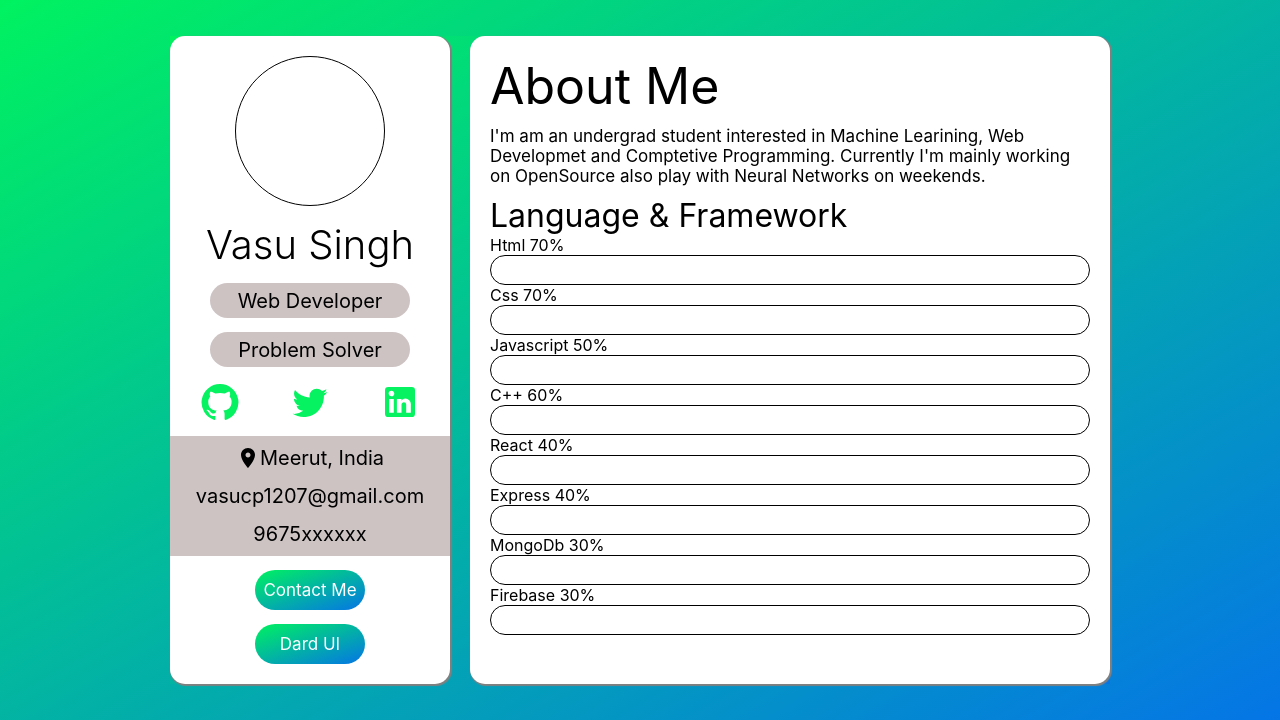
Repository: vasucp1207/grid-port
Page: /about
These files come from the project's save history. The page is drawn as it stood at one moment and after the next save; the edit follows.
The browser window is 1280 px wide. The pictures show the whole page.
Some web fonts or font styles are not loaded; a fallback is used. The project was rebuilt for these pictures with package versions that can differ from the ones it lists, and the page was loaded fresh each time. Also part of the build but not shown: src/pages/Home.js, src/pages/Projects.js.

Above is the page before, as saved 2022-08-16 23:53:43.

### public/index.html
<!DOCTYPE html>
<html lang="en">
  <head>
    <meta charset="utf-8" />
    <link rel="icon" href="%PUBLIC_URL%/favicon.ico" />
    <meta name="viewport" content="width=device-width, initial-scale=1" />
    <meta name="theme-color" content="#000000" />
    <meta
      name="description"
      content="Web site created using create-react-app"
    />
    <link rel="apple-touch-icon" href="%PUBLIC_URL%/logo192.png" />
    <!--
      manifest.json provides metadata used when your web app is installed on a
      user's mobile device or desktop. See https://developers.google.com/web/fundamentals/web-app-manifest/
    -->
    <link rel="manifest" href="%PUBLIC_URL%/manifest.json" />
    <link rel="preconnect" href="https://fonts.googleapis.com">
<link rel="preconnect" href="https://fonts.gstatic.com" crossorigin>
<link href="https://fonts.googleapis.com/css2?family=Kantumruy+Pro:wght@200;300&family=Open+Sans:ital,wght@0,300;0,600;0,700;1,800&family=Poppins:wght@400;600&family=Raleway:wght@300&family=Roboto+Flex:opsz,wght@8..144,300;8..144,400;8..144,500&display=swap" rel="stylesheet">
    <!--
      Notice the use of %PUBLIC_URL% in the tags above.
      It will be replaced with the URL of the `public` folder during the build.
      Only files inside the `public` folder can be referenced from the HTML.

      Unlike "/favicon.ico" or "favicon.ico", "%PUBLIC_URL%/favicon.ico" will
      work correctly both with client-side routing and a non-root public URL.
      Learn how to configure a non-root public URL by running `npm run build`.
    -->
    <title>React App</title>
  </head>
  <body>
    <noscript>You need to enable JavaScript to run this app.</noscript>
    <div id="root"></div>
    <!--
      This HTML file is a template.
      If you open it directly in the browser, you will see an empty page.

      You can add webfonts, meta tags, or analytics to this file.
      The build step will place the bundled scripts into the <body> tag.

      To begin the development, run `npm start` or `yarn start`.
      To create a production bundle, use `npm run build` or `yarn build`.
    -->
  </body>
</html>

### src/index.css
body {
  margin: 0;
  font-family: -apple-system, BlinkMacSystemFont, 'Segoe UI', 'Roboto', 'Oxygen',
    'Ubuntu', 'Cantarell', 'Fira Sans', 'Droid Sans', 'Helvetica Neue',
    sans-serif;
  -webkit-font-smoothing: antialiased;
  -moz-osx-font-smoothing: grayscale;

  --gray: rgb(205, 195, 195);
  background-image: linear-gradient(to right bottom,#00f260,#0575e6);
}

::selection{
  background: rgb(71, 219, 106);
}

### src/App.js
import './App.css';
import { Link, Route, Routes } from 'react-router-dom';
import AboutMe from './pages/AboutMe';
import Home from './pages/Home';
import Projects from './pages/Projects';

function App() {
  return (
    <div>
      <Routes>
        <Route exact path="/" element={<Home />} />
        <Route exact path="/about" element={<AboutMe />} />
        <Route exact path="/projects" element={<Projects />} />
      </Routes>
    </div>
  );
}

export default App;

### src/App.css
:root {
  --d: 700ms;
  --e: cubic-bezier(0.19, 1, 0.22, 1);
  --font-sans: "Rubik", sans-serif;
  --font-serif: "Cardo", serif;
  font-family: Poppins;
}

* {
  box-sizing: border-box;
  padding: 0;
  margin: 0;
}

html, body {
  height: 100vh;
  width: 100vw;
}

body {
  display: grid;
  place-items: center;
}

.page-content {
  display: grid;
  width: 100vw;
  height: 100vh;
  margin: 0 auto;
}
@media (min-width: 600px) {
  .page-content {
    grid-template-columns: repeat(2, 1fr);
  }
}
@media (min-width: 800px) {
  .page-content {
    grid-template-columns: repeat(2, 1fr);
  }
}

.card {
  position: relative;
  display: flex;
  align-items: flex-end;
  overflow: hidden;
  padding: 1rem;
  width: 100%;
  text-align: center;
  color: whitesmoke;
  background-color: whitesmoke;
  box-shadow: 0 1px 1px rgba(0, 0, 0, 0.1), 0 2px 2px rgba(0, 0, 0, 0.1), 0 4px 4px rgba(0, 0, 0, 0.1), 0 8px 8px rgba(0, 0, 0, 0.1), 0 16px 16px rgba(0, 0, 0, 0.1);
}
@media (min-width: 600px) {
  .card {
    height: 100vh;
  }
}
.card:before {
  content: "";
  position: absolute;
  top: 0;
  left: 0;
  width: 100%;
  height: 110%;
  background-size: cover;
  background-position: 0 0;
  transition: transform calc(var(--d) * 1.5) var(--e);
  pointer-events: none;
}
.card:after {
  content: "";
  display: block;
  position: absolute;
  top: 0;
  left: 0;
  width: 100%;
  height: 200%;
  pointer-events: none;
  background-image: linear-gradient(to bottom, rgba(0, 0, 0, 0) 0%, rgba(0, 0, 0, 0.009) 11.7%, rgba(0, 0, 0, 0.034) 22.1%, rgba(0, 0, 0, 0.072) 31.2%, rgba(0, 0, 0, 0.123) 39.4%, rgba(0, 0, 0, 0.182) 46.6%, rgba(0, 0, 0, 0.249) 53.1%, rgba(0, 0, 0, 0.32) 58.9%, rgba(0, 0, 0, 0.394) 64.3%, rgba(0, 0, 0, 0.468) 69.3%, rgba(0, 0, 0, 0.54) 74.1%, rgba(0, 0, 0, 0.607) 78.8%, rgba(0, 0, 0, 0.668) 83.6%, rgba(0, 0, 0, 0.721) 88.7%, rgba(0, 0, 0, 0.762) 94.1%, rgba(0, 0, 0, 0.79) 100%);
  transform: translateY(-50%);
  transition: transform calc(var(--d) * 2) var(--e);
}
.card:nth-child(1):before {
  background-image: url(https://images.unsplash.com/photo-1493612276216-ee3925520721?ixlib=rb-1.2.1&ixid=MnwxMjA3fDB8MHxwaG90by1wYWdlfHx8fGVufDB8fHx8&auto=format&fit=crop&w=2864&q=80);
}
.card:nth-child(2):before {
  background-image: url(https://images.unsplash.com/photo-1492551557933-34265f7af79e?ixlib=rb-1.2.1&ixid=MnwxMjA3fDB8MHxwaG90by1wYWdlfHx8fGVufDB8fHx8&auto=format&fit=crop&w=1740&q=80);
}
.card:nth-child(3):before {
  background-image: url(https://images.unsplash.com/photo-1545243424-0ce743321e11?ixlib=rb-1.2.1&q=80&fm=jpg&crop=entropy&cs=tinysrgb&w=400&fit=max&ixid=eyJhcHBfaWQiOjE0NTg5fQ);
}
.card:nth-child(4):before {
  background-image: url(https://images.unsplash.com/photo-1531306728370-e2ebd9d7bb99?ixlib=rb-1.2.1&q=80&fm=jpg&crop=entropy&cs=tinysrgb&w=400&fit=max&ixid=eyJhcHBfaWQiOjE0NTg5fQ);
}

.content {
  position: relative;
  display: flex;
  flex-direction: column;
  align-items: center;
  width: 100%;
  padding: 1rem;
  transition: transform var(--d) var(--e);
  z-index: 1;
}
.content > * + * {
  margin-top: 1rem;
}

.title {
  font-size: 50px;
}

.copy {
  font-size: 30px;
}

.btn {
  cursor: pointer;
  margin-top: 1.5rem;
  padding: 0.75rem 1.5rem;
  font-size: 20px;
  letter-spacing: 0.025rem;
  text-transform: uppercase;
  color: white;
  background-color: black;
  border: none;
}
.btn:hover {
  background-color: white;
  color: black;
  transition: 0.3;
  border-radius: 7px;
}
.btn:focus {
  outline: 1px dashed yellow;
  outline-offset: 3px;
}

@media (hover: hover) and (min-width: 600px) {
  .card:after {
    transform: translateY(0);
  }

  .content {
    transform: translateY(calc(100% - 4.5rem));
  }
  .content > *:not(.title) {
    opacity: 0;
    transform: translateY(1rem);
    transition: transform var(--d) var(--e), opacity var(--d) var(--e);
  }

  .card:hover,
.card:focus-within {
    align-items: center;
  }
  .card:hover:before,
.card:focus-within:before {
    transform: translateY(-4%);
  }
  .card:hover:after,
.card:focus-within:after {
    transform: translateY(-50%);
  }
  .card:hover .content,
.card:focus-within .content {
    transform: translateY(0);
  }
  .card:hover .content > *:not(.title),
.card:focus-within .content > *:not(.title) {
    opacity: 1;
    transform: translateY(0);
    transition-delay: calc(var(--d) / 8);
  }

  .card:focus-within:before, .card:focus-within:after,
.card:focus-within .content,
.card:focus-within .content > *:not(.title) {
    transition-duration: 0s;
  }
}

### src/pages/AboutMe.js
import React from 'react'
import { motion } from 'framer-motion'
import styled, { StyledComponent } from 'styled-components'
import GitHubIcon from '@mui/icons-material/GitHub';
import TwitterIcon from '@mui/icons-material/Twitter';
import LinkedInIcon from '@mui/icons-material/LinkedIn';
import LocationOnIcon from '@mui/icons-material/LocationOn';
import ProgressBar from '../components/ProgressBar';

function AboutMe() {

    const pageVarients = {
        initial: {
            opacity: 0
        },
        in: {
            opacity: 1
        },
        out: {
            opacity: 0
        }
    }

    return (
        <motion.div
            initial='initial'
            animate='in'
            exit='out'
            variants={pageVarients}
            transition={{ delay: 0.5, type: 'spring' }}
        >

            <Container>
                <Comp>
                    <Left>
                        <div class='avatar'></div>
                        <h1 class='name'>Vasu Singh</h1>
                        <div class='sim-btn'>Web Developer</div>
                        <div class='sim-btn'>Problem Solver</div>
                        <div class='icon-cont'>
                            <GitHubIcon className='icons' />
                            <TwitterIcon className='icons' />
                            <LinkedInIcon className='icons' />
                        </div>
                        <div class='address'>
                            <p class='city'><LocationOnIcon /> Meerut, India</p>
                            <p>vasucp1207@gmail.com</p>
                            <p>9675xxxxxx</p>
                        </div>
                        <div class='gb-btn'>Contact Me</div>
                        <div class='gb-btn'>Dard UI</div>
                    </Left>
                    <Right>
                        <h1 class='title'>About Me</h1>
                        <p class='des'>I'm am an undergrad student interested in Machine Learining, Web Developmet and Comptetive Programming. Currently I'm mainly working on OpenSource also play with Neural Networks on weekends.</p>
                        <h1 class='skills'>Language & Framework</h1>

                        <ProgressBar lang='Html' per='70%'/>
                        <ProgressBar lang='Css' per='70%'/>
                        <ProgressBar lang='Javascript' per='50%'/>
                        <ProgressBar lang='C++' per='60%'/>
                        <ProgressBar lang='React' per='40%'/>
                        <ProgressBar lang='Express' per='40%'/>
                        <ProgressBar lang='MongoDb' per='30%'/>
                        <ProgressBar lang='Firebase' per='30%'/>

                    </Right>
                </Comp>

            </Container>
        </motion.div>
    )
}

export default AboutMe

const Container = styled.div`
    background: white;
`

const Comp = styled.div`
    display: flex;
    gap: 20px;
    background-image: linear-gradient(to right bottom,#00f260,#0575e6);
`

const Left = styled.div`
    height: 90vh;
    width: 280px;
    box-shadow: 1px 1px 1px 1px gray;
    display: flex;
    justify-content: space-between;
    align-items: center;
    flex-direction: column;
    padding-bottom: 20px;
    background: white;
    border-radius: 15px;

    .avatar{
        margin-top: 20px;
        height: 150px;
        border: 1px solid black;
        width: 150px;
        border-radius: 50%;
    }

    .name{
        font-size: 40px;
        font-weight: 300;
    }

    .sim-btn{
        font-size: 20px;
        background: rgb(205, 195, 195);;
        width: 200px;
        height: 35px;
        border-radius: 9999px;
        display: flex;
        justify-content: center;
        align-items: center;
    }

    .icon-cont{
        width: 280px;
        padding-left: 30px;
        padding-right: 30px;
        display: flex;
        justify-content: space-between;
        align-items: center;
    }

    .icons{
        height: 40px;
        width: 40px;
        color: #07f260;
        cursor: pointer;

        :hover{
            color: black;
        }
    }

    .address{
        background: rgb(205, 195, 195);;
        font-size: 20px;
        display: flex;
        flex-direction: column;
        align-items: center;
        justify-content: space-between;
        width: 280px;
        height: 120px;
        padding: 10px;
    }

    .gb-btn{
        width: 110px;
        border-radius: 9999px;
        background-image: linear-gradient(to right bottom,#00f260,#0575e6);
        color: white;
        font-size: 17px;
        height: 40px;
        display: flex;
        justify-content: center;
        align-items: center;
        cursor: pointer;
    }

    .city{
        display: flex;
        justify-content: center;
        align-items: center;
    }
`

const Right = styled.div`
    height: 90vh;
    width: 50vw;
    box-shadow: 1px 1px 1px 1px gray;
    background: white;
    border-radius: 15px;
    padding: 20px;

    .title{
        font-weight: 400;
        margin-bottom: 10px;
    }

    .des{
        font-size: 17px;
        margin-bottom: 10px;
    }

    .skills{
        font-weight: 400;
    }
`

### src/components/ProgressBar.js
import React from 'react'
import styled from 'styled-components'

function ProgressBar({lang, per}) {
    return (
        <Contanier>
            <div class='detail'>
                <div class='lang'><span>{lang} </span><span>{per}</span></div>
                <div class='c-bar'>
                    <div class='c-fill' per={per}></div>
                </div>
            </div>
        </Contanier>
    )
}

export default ProgressBar

const Contanier = styled.div`
     .c-bar{
        width: 100%;
        height: 30px;
        border-radius: 9999px;
        border: 1px solid black;
    }

    .c-fill{
        width: 0;
        border-radius: 9999px;
        height: 30px;
        animation: fill-c 2.5s forwards;
        background: black;

        @keyframes fill-c{
            100%{
                width: ${(props) => props.per};
            }
        }
    }
`

Loaded but not shown: src/index.js (common file)

After the next save:
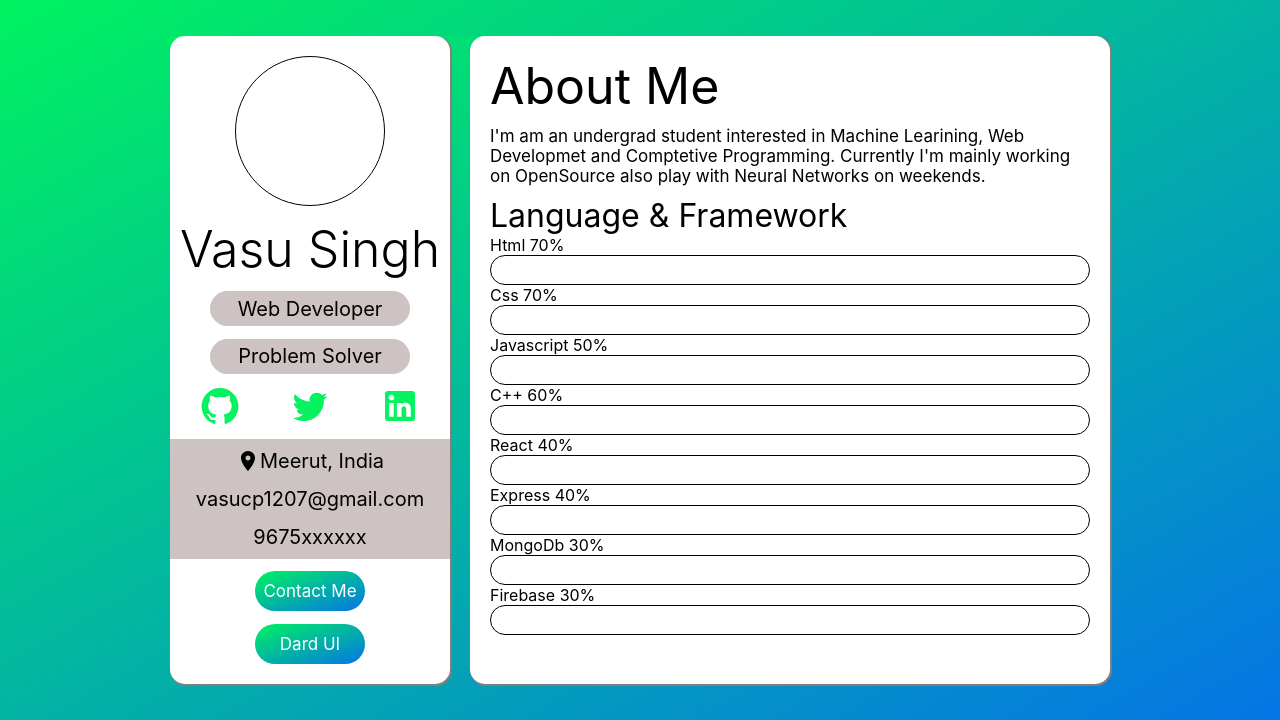
Saved 7 min 0 s later.
--- a/src/pages/AboutMe.js
+++ b/src/pages/AboutMe.js
@@ -105,7 +105,7 @@ const Left = styled.div`
     }
 
     .name{
-        font-size: 40px;
+        font-size: 50px;
         font-weight: 300;
     }
 
